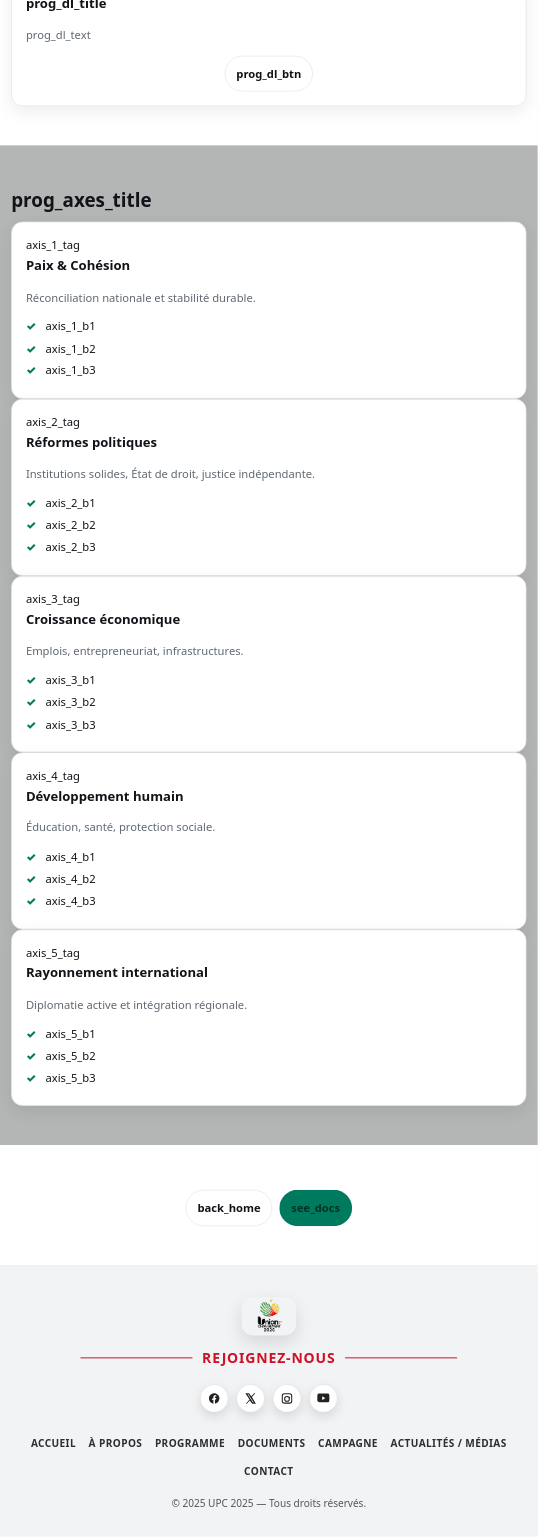
Repository: Kishny/upc2025
Page: programme.html
These files come from the project's save history. The page is drawn as it stood at one moment and after the next save; the edit follows.
The browser window is 768 px wide. The pictures show the part of the page from y = 674 to 2914 px (the page is 2869 px tall before and 2914 px after), at 70% of full size.

Above is the page before, as saved 2025-09-11 03:18:06.

After the next save:
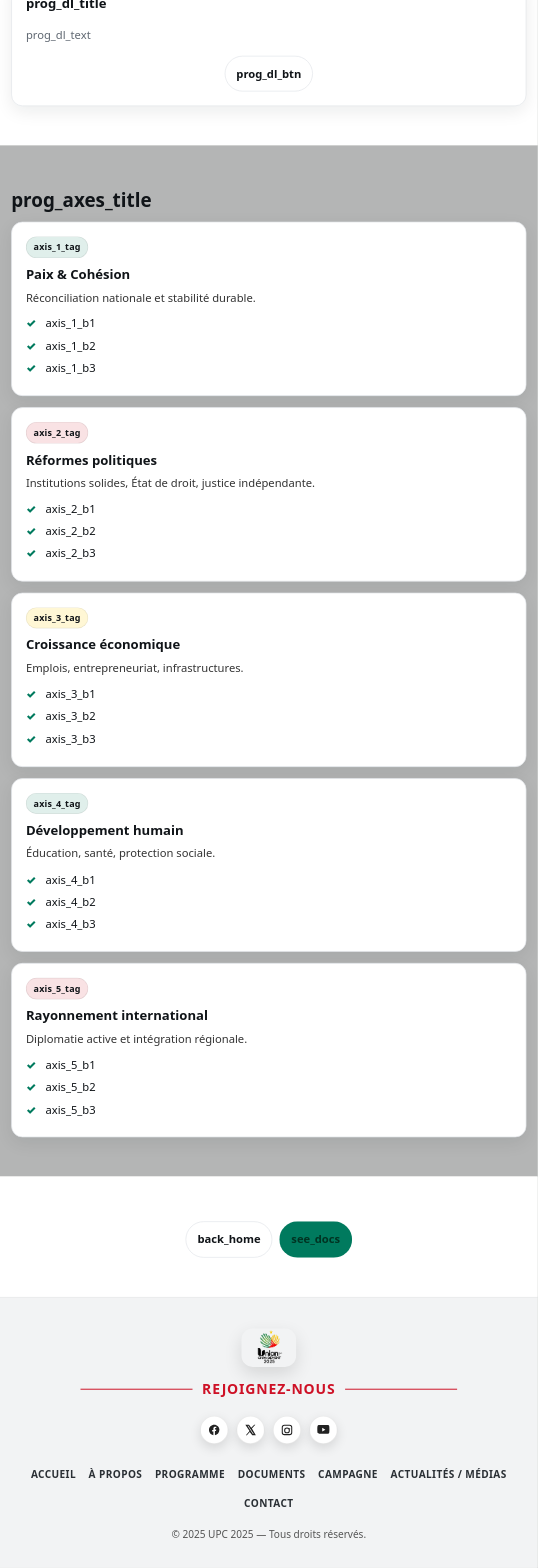
Saved 74 s later.
--- a/assets/css/styles.css
+++ b/assets/css/styles.css
@@ -633,6 +633,65 @@ textarea:focus {
 }
 
 /* =========
+   PROGRAMME
+   ========= */
+/* Grille des axes */
+.axes {
+  display: grid;
+  grid-template-columns: repeat(2, minmax(260px, 1fr));
+  gap: 16px;
+}
+@media (max-width: 900px) {
+  .axes {
+    grid-template-columns: 1fr;
+  }
+}
+
+.axis h3 {
+  margin: 0 0 6px;
+}
+.axis p {
+  margin: 0 0 10px;
+  color: #333;
+}
+
+/* Petit tag coloré (🇨🇲) */
+.axis__tag {
+  display: inline-block;
+  font-size: 0.8rem;
+  font-weight: 800;
+  letter-spacing: 0.02em;
+  padding: 4px 10px;
+  border-radius: 999px;
+  border: 1px solid rgba(0, 0, 0, 0.08);
+  margin-bottom: 8px;
+}
+.axis__tag--green {
+  background: rgba(0, 122, 94, 0.12);
+}
+.axis__tag--red {
+  background: rgba(206, 17, 38, 0.12);
+}
+.axis__tag--yellow {
+  background: rgba(252, 209, 22, 0.18);
+}
+
+/* En-tête de page (cohérence avec À propos) */
+.page-hero {
+  background: #fffefc;
+  border-bottom: 1px solid var(--border);
+  padding: 28px 0;
+}
+.page-hero h1 {
+  margin: 0 0 6px;
+  font-size: clamp(22px, 3vw, 32px);
+}
+.page-hero__lead {
+  color: #444;
+  margin: 0;
+}
+
+/* =========
    FOOTER (noir conservé)
    ========= */
 /* Footer style "clean" (fond clair, lignes, centré) */
